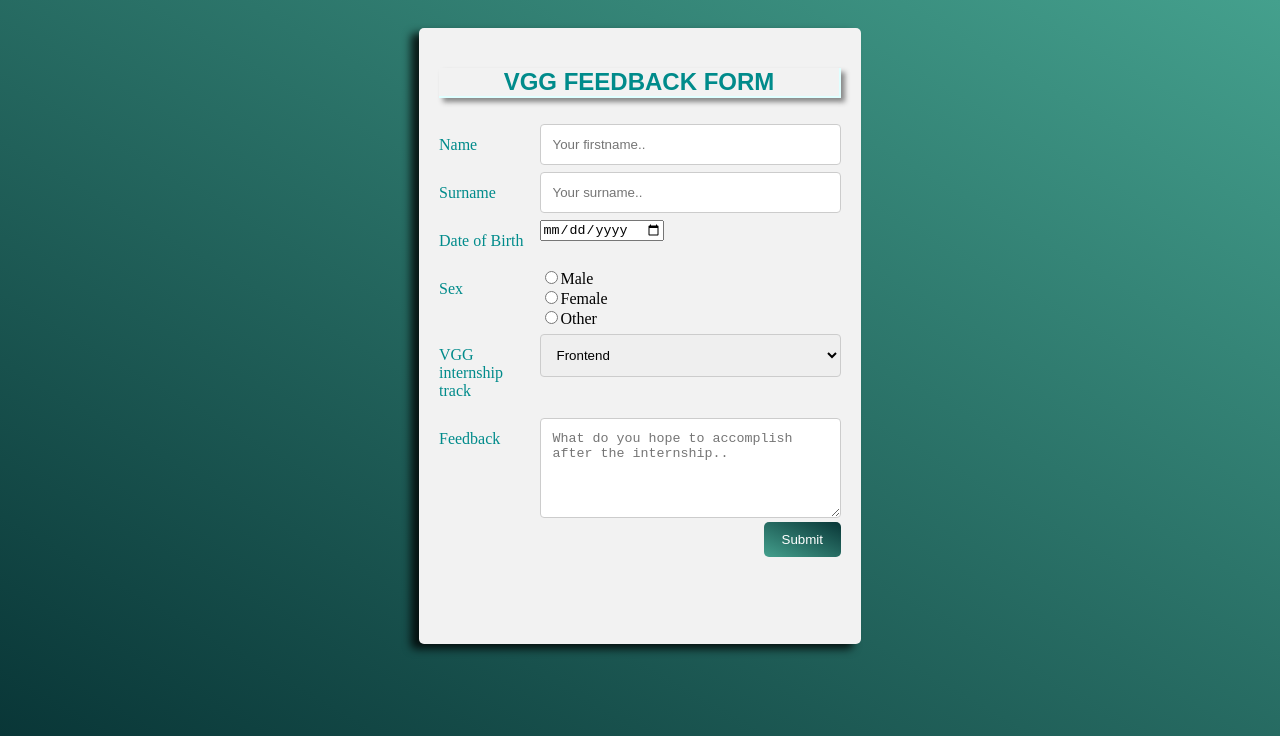
Repository: iphyokafor/VGG-Feedback-form
Page: index2.html
An editor plug-in stored every save of this project. The page is shown before and after the next save, followed by the edit.
The browser window is 1280 px wide. The pictures show the whole page.

Above is the page before, as saved 2020-01-13 01:41:15.

After the next save:
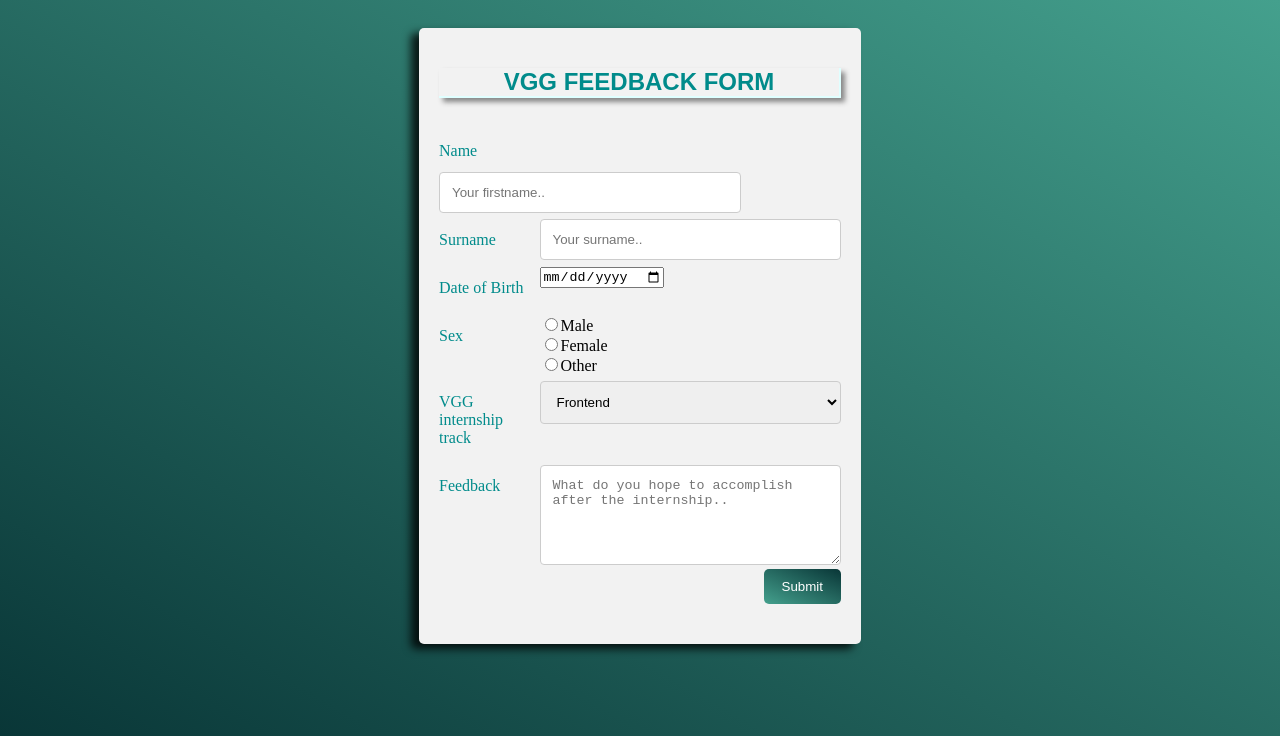
Saved 2 min 38 s later.
--- a/index2.html
+++ b/index2.html
@@ -14,10 +14,13 @@
         <form>
             <h2 class="heading">Vgg feedback form</h2>
             <div class="row">
-                <div class="column1">
+                <!-- <div class="column1">
                     <label for="name">Name</label>
-                </div>
+                </div> -->
                 <div class="column3">
+                    <div class="column1">
+                        <label for="name">Name</label>
+                    </div>
                     <input type="text" class="txtinput" id="name" name="name" placeholder="Your firstname.." required>
                 </div>
             </div>

After the save that followed:
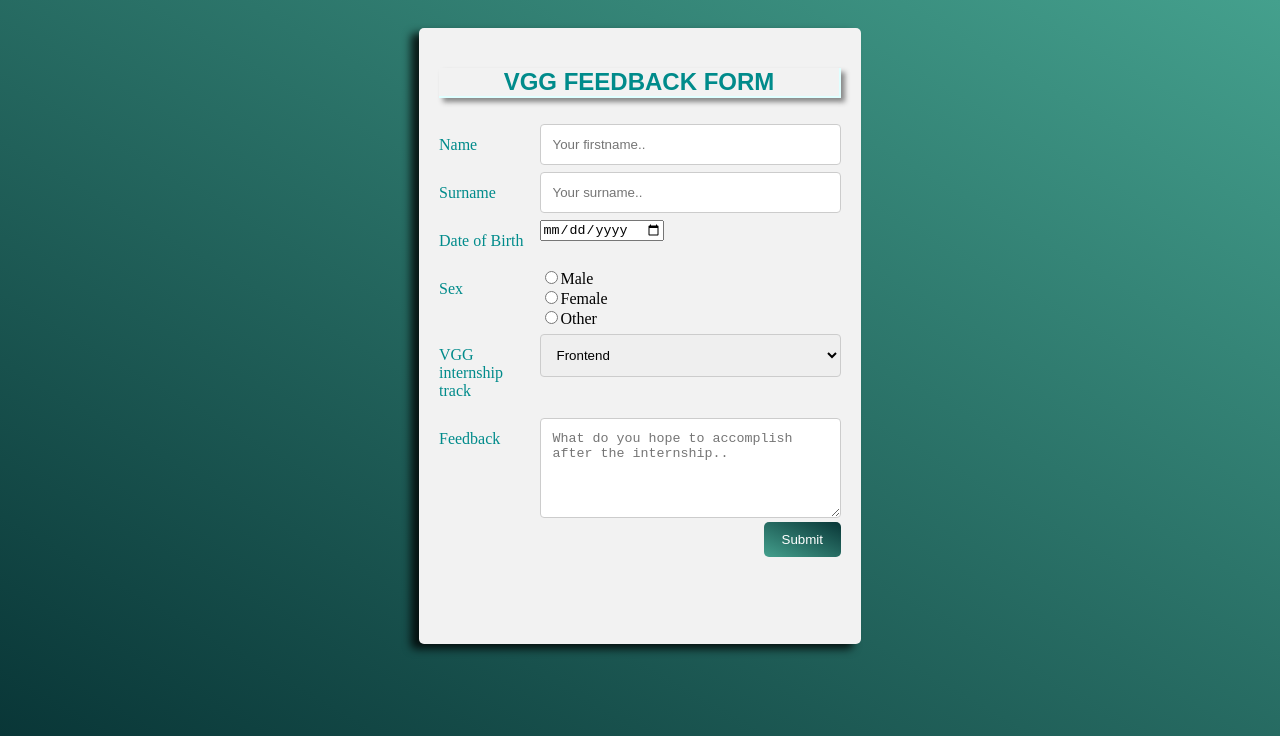
Saved 23 s later.
--- a/index2.html
+++ b/index2.html
@@ -14,13 +14,10 @@
         <form>
             <h2 class="heading">Vgg feedback form</h2>
             <div class="row">
-                <!-- <div class="column1">
+                <div class="column1">
                     <label for="name">Name</label>
-                </div> -->
+                </div>
                 <div class="column3">
-                    <div class="column1">
-                        <label for="name">Name</label>
-                    </div>
                     <input type="text" class="txtinput" id="name" name="name" placeholder="Your firstname.." required>
                 </div>
             </div>
